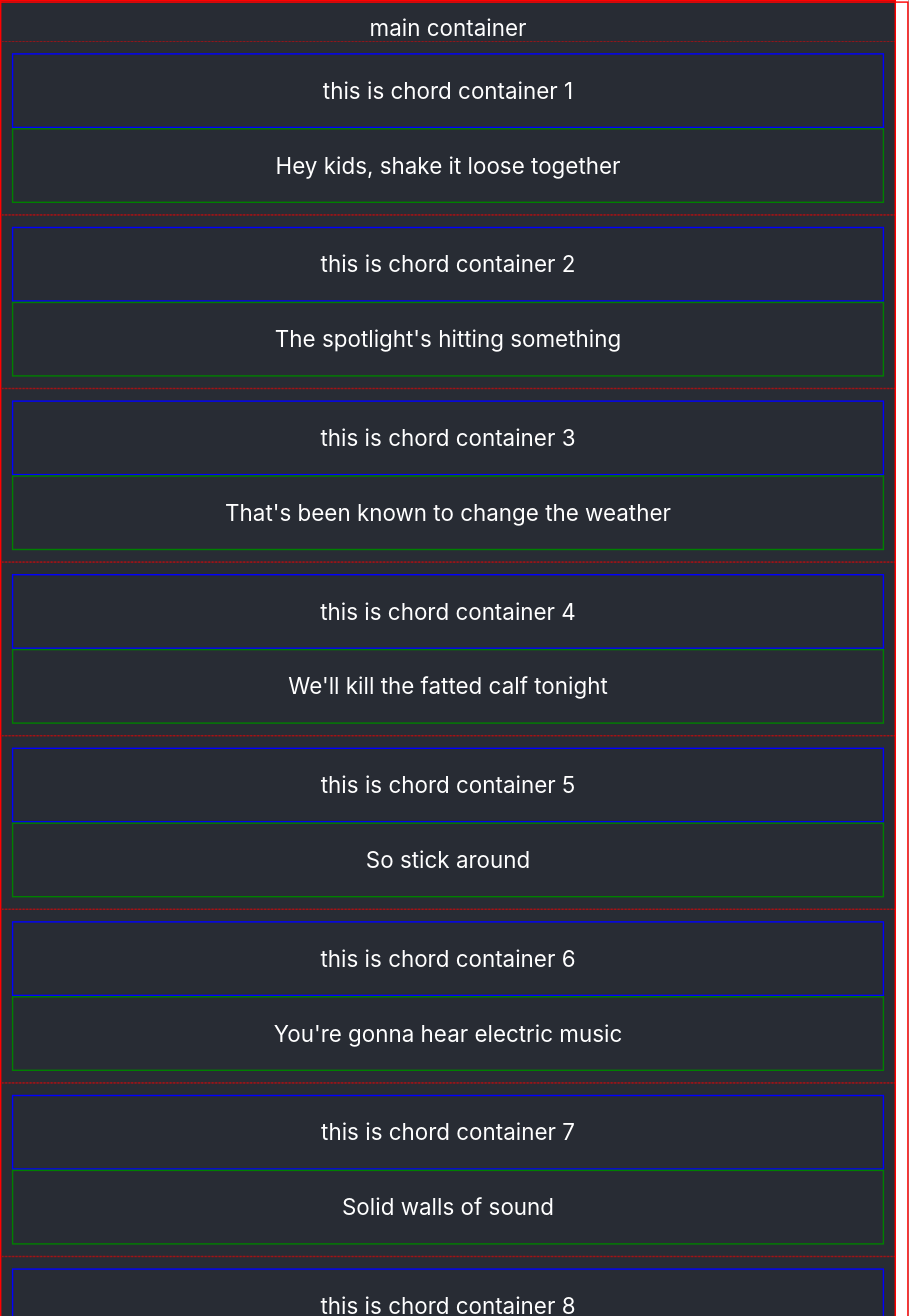
Repository: mattnoth/easy-nash-tab
Page: /
An editor plug-in stored every save of this project. The page is shown before and after the next save, followed by the edit.
The browser window is 1280 px wide. The page is 1298 px wide, so the pictures cover 1298 px, including what lies to the right of the window. The pictures show the part of the page from y = 0 to 1880 px (the page is 10991 px tall before and 8232 px after), at 70% of full size.
The project was rebuilt for these pictures with package versions that can differ from the ones it lists, and the page was loaded fresh each time.

Above is the page before, as saved 2022-08-07 14:21:39.

After the next save:
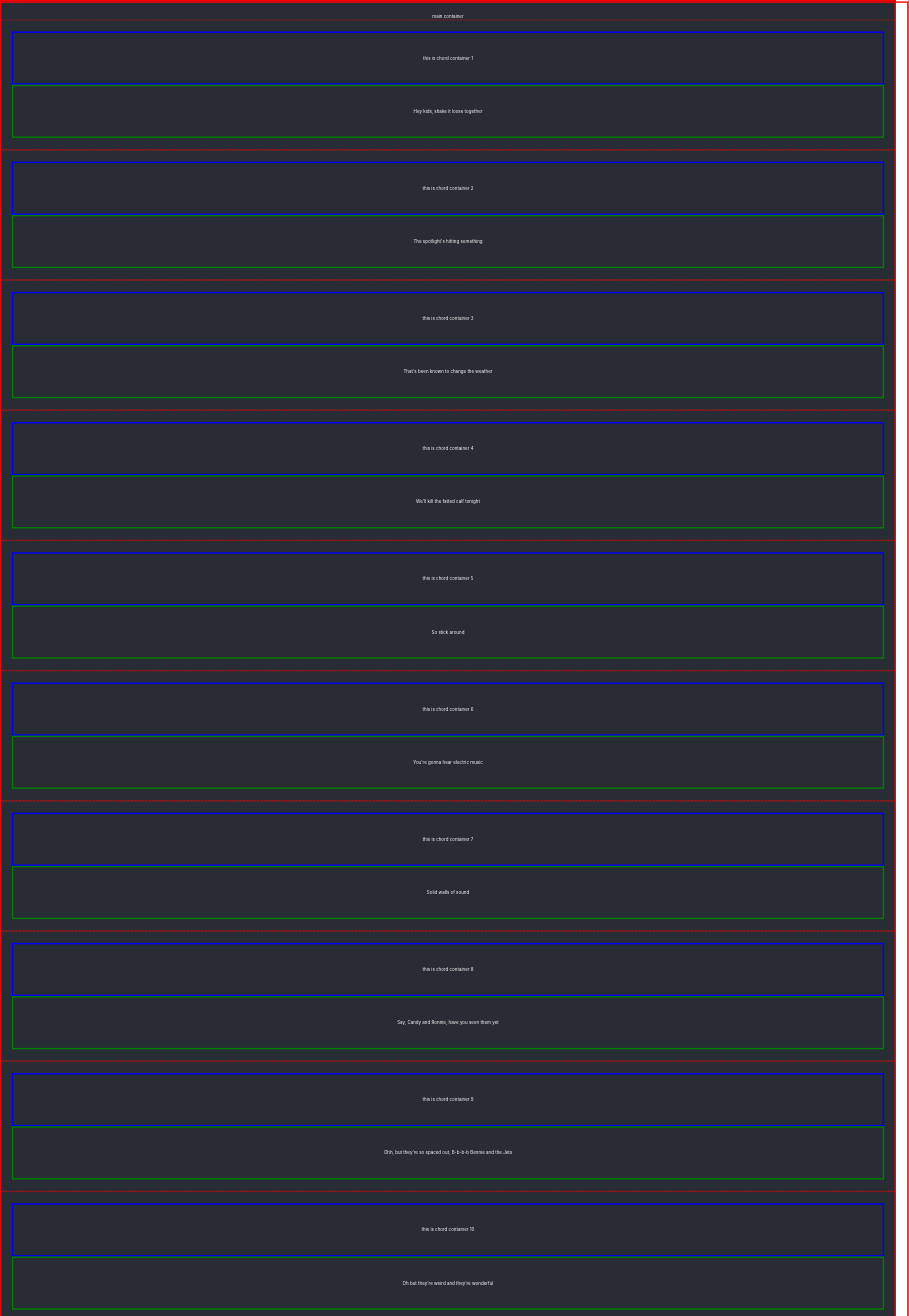
Saved 10 s later.
--- a/src/App.css
+++ b/src/App.css
@@ -7,7 +7,7 @@
   flex-direction: column;
   align-items: center;
   justify-content: center;
-  font-size: calc(2rem);
+  font-size: calc(.4rem);
   color: white;
 }
 
